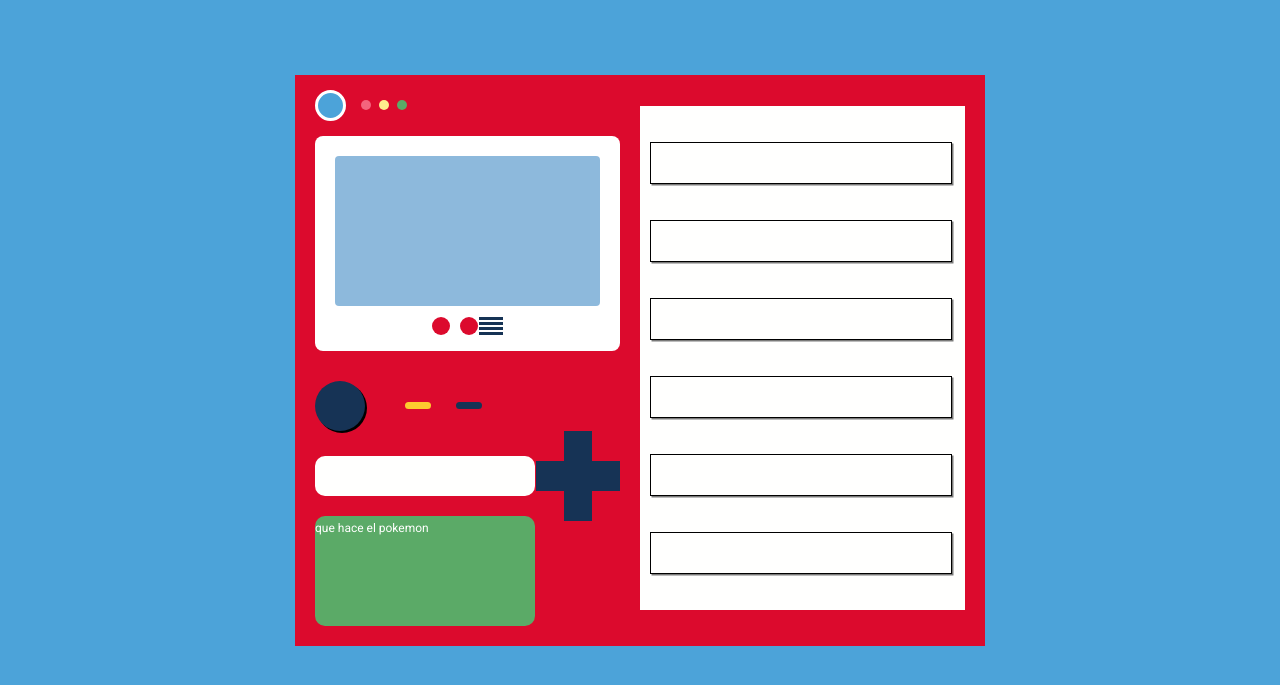
Repository: darkmantiz2/pokedex
Page: index.html
The author's editor kept a copy of each file at every save. The page is drawn from the files as they stood at one save, then again after the next save.
The browser window is 1280 px wide. The pictures show the whole page.

Above is the page before, as saved 2022-01-26 11:24:41.

After the next save:
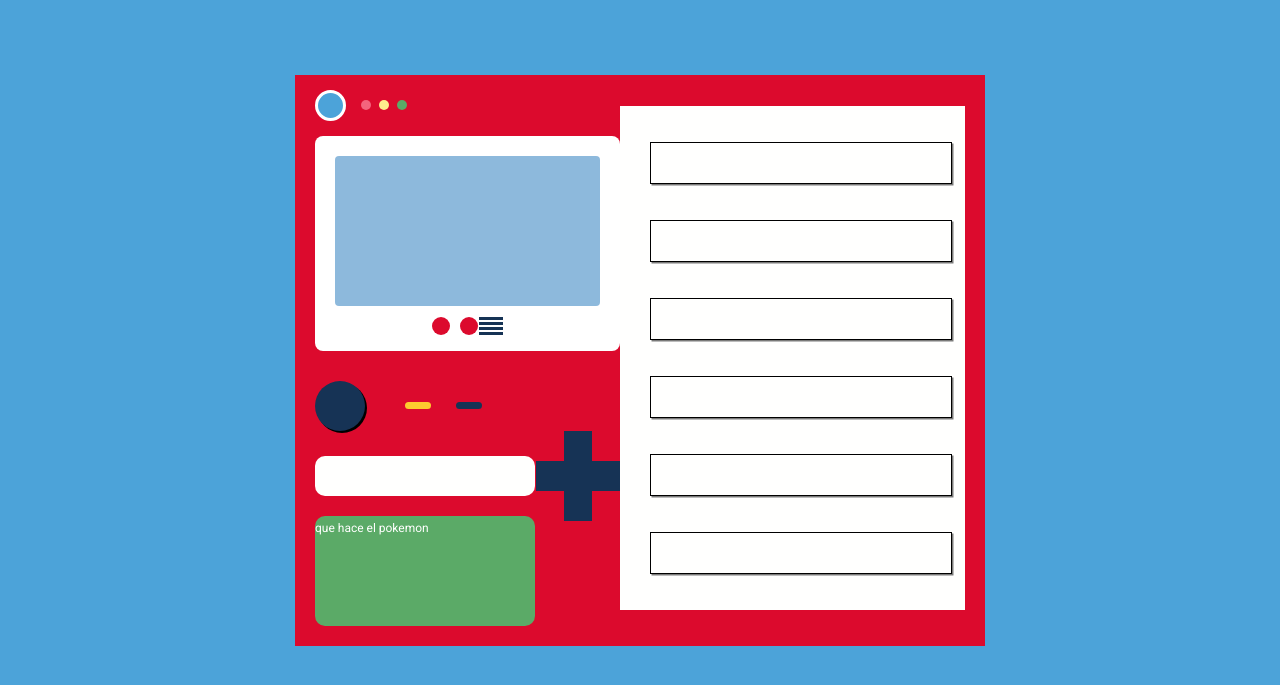
Saved 21 s later.
--- a/css/index.css
+++ b/css/index.css
@@ -233,7 +233,7 @@
 }
 
 .pokedex-stats{
-  margin-left: 20px;
+  padding-left: 20px;
   background-color: var(--white);
 }
 
